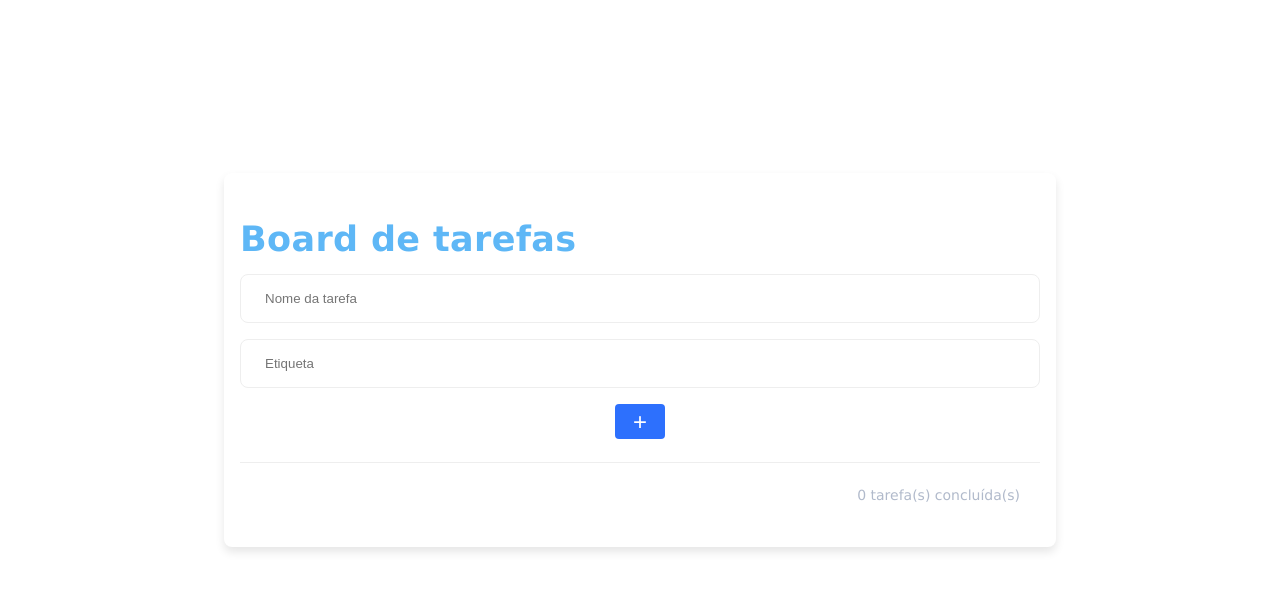
Repository: elasoares/RID187500_Desafio3
Page: index.html
These files come from the project's save history. The page is drawn as it stood at one moment and after the next save; the edit follows.
The browser window is 1280 px wide. The pictures show the whole page.

Above is the page before, as saved 2024-12-03 19:40:36.

### index.html
<!DOCTYPE html>
<html lang="pt">
<head>
    <meta charset="UTF-8">
    <meta name="viewport" content="width=device-width, initial-scale=1.0">
    <title>To-Do</title>
    <link rel="stylesheet" href="style.css">
<body>
    <main>
        <header>
            <h1>Board de tarefas</h1>
        </header>
        <section id="create-todo-section">
            <form id="create-todo-form">
                <input
                type="text"
                id="descricao"
                name="descricao"
                placeholder="Nome da tarefa"
                aria-label="Nome da tarefa"
                class="input-nome-tarefa"
            />
            <input
                type="text"
                id="etiqueta"
                name="etiqueta"
                placeholder="Etiqueta"
                aria-label="Etiqueta"
                class="input-etiqueta"
            />
            <div class="container-btn">
                <button type="submit" aria-label="Cadastrar tarefa" class="add-tarefa-btn">+</button>
            </div>
            </form>
        </section>
        <section class="todo-list-section">
            <ul id="todo-list">
            </ul>
        </section>
        <footer id="todo-footer">

        </footer>
    </main>
    <script src="js.js"></script>
</body>
</html>

### style.css
html {
    width: 100%;
    height: auto;

    box-sizing: border-box;
    font-size: 10px;
    font-family: 'Lucida Sans Regular', 'Lucida Grande', 'Lucida Sans Unicode';
}

body {
    width: 100%;
    height: 100vh;
    margin: 0;
    padding: 0;
    display: flex;
    justify-content: center;
    align-items: center;
}

header{
    width: 100%;
}

    h1 {
    font-family: 'Lucida Sans Regular', 'Lucida Grande', 'Lucida Sans Unicode';
    font-size: 32px;
    font-weight: 600;
    line-height: 37.92px;
    letter-spacing: 0.01em;
    text-align: left;
    text-underline-position: from-font;
    text-decoration-skip-ink: none;
    color: #000;
}

main {
    width: 100%;
    height: auto;
    max-width: 42rem;
    background-color: #fff;
    border-radius: 0.8rem;
    padding: 3rem 2.4rem;
    box-shadow: 0 0.5rem 1rem rgba(0, 0, 0, 0.1);
    display: flex;
    justify-content: flex-start;
    align-items: center;
    flex-direction: column;

}


.todo-list-section {
    display: flex;
    flex-direction: column;
    align-items: center;
    justify-content: center;
    width: 100%;
    height: auto;
    gap: 8px;
}

.todo-list-section ul {
    padding-inline-start: 0;
    height: 20rem;
    overflow: auto;
    width: 100%;
    display: flex;
    flex-direction: column;
    align-items: center;
    justify-content: center;
    height: auto;
    gap: 8px;
}

.todo-list-section ul li {
    width: 80%;
    height: 120px;
    padding: 24px 32px 24px 32px;
    margin-top: 5px;
    border-radius: 16px;
    border: 1px solid #EEEEEE;
    list-style: none;
    display: flex;
    flex-direction: column;
    align-items: flex-start;
    justify-content: center;
    gap: 16px;
}

.todo-list-section ul li:last-child {
    margin-bottom: 0;
}



.complete-task-btn {
    background: #2D70FD;
    width: 121px;
    height:44px;
    padding: 12px 24px 12px 24px;
    gap: 8px;
    border-radius: 4px;
    border: 1px solid #2D70FD;
    color: #fff;
    font-family: 'Lucida Sans Regular', 'Lucida Grande', 'Lucida Sans Unicode';
    font-size: 18px;
    font-weight: 500;
    text-align: center;
    align-self: center;
}




#create-todo-section {
    width: 100%;
    height: 150px;
    display: flex;
    flex-direction: column;
    align-items: flex-start;
    justify-content: center;
}

#create-todo-form {
    font-size: 1.6rem;
    display: flex;
    flex-direction: column;
    width: 100%;
    gap: 16px;
}
input{
    width: Fill (311px)px;
    height: Fixed (50px)px;
    padding: 16px 24px 16px 24px;
    gap: 10px;
    border-radius: 8px;
    border: 1px solid #EEEEEE

}

input:focus {
    border: 1px solid #5eb7f6;
}



.container-btn{
    display: flex;
    align-items: center;
    justify-content: center;
    width: 100%;
}

.add-tarefa-btn {
    width: 100%;
    height: 4rem;
    color: #fff;
    background-color: #2D70FD;
    border-radius: 4px;
    font-size: 2.4rem;
    cursor: pointer;
    border: none;
}

.add-tarefa-btn:hover {
    opacity: 0.8;
}


.task-details{
    display: flex;
    align-items: flex-start;
    justify-content: center;
    flex-direction: column;
    gap: 5px;
}

.task-text{
    font-family: 'Lucida Sans Regular', 'Lucida Grande', 'Lucida Sans Unicode';
    font-size: 1.5rem;
    font-weight: 500;
    line-height: 17.6px;
    letter-spacing: 0.01em;
    text-underline-position: from-font;
    text-decoration-skip-ink: none;

}

.todo-item.completed .task-text {
    text-decoration: line-through;
    color: #bbbbbb;
    font-family: 'Lucida Sans Regular', 'Lucida Grande', 'Lucida Sans Unicode';
    font-size: 1.5rem;
    font-weight: 500;
    line-height: 17.6px;
    letter-spacing: 0.01em;
    text-decoration-line: line-through;
    text-underline-position: from-font;
    text-decoration-skip-ink: none;

}

.todo-item.completed .task-completed-icon {
    font-size: 1.6rem;
    color: #fff;
    align-self: center;
    width: 32px;
    height: 32px;
    border-radius: 32px;
    background: #00D8A7;
    display: flex;
    align-items: center;
    justify-content: center;
}

.task-label {
    width: 67px;
    height: 21px;
    border-radius: 16px;
    border: 1px 0px 0px 0px;
    background: #FFFFFF;
    font-size: 1.2rem;
    border: 1px solid #b2bec3;
    display: flex;
    align-items: center;
    justify-content: center;
    color: #b2bec3;
}

.task-date {
    font-size: 1.2rem;
    color: #b2bec3;
    margin-top: 0.4rem;
}


#todo-footer {
    width: 95%;
    display: flex;
    justify-content: flex-end;
    font-size: 1.6rem;
    align-items: flex-end;
    height: 20px;
    font-size: 1.4rem;
    color: #B1BACB;
    border-top:1px solid #EEEEEE;
    margin-top: 10px;
    padding: 20px;
}

@media (min-width: 768px) {
    main {
        max-width: 50rem;
        padding: 2.4rem 1.6rem;
    }

    h1 {
        color: #da5c3e;
    }

    .todo-list-section ul li {
        font-size: 1.5rem;
    }

    .add-tarefa-btn {
        width: 5rem;
        height: 3.5rem;
    }

    #nome-tarefa {
        font-size: 1.5rem;
    }
    .remove-done-task-btn {
        font-size: 1.5rem;
        padding: 0 1rem;
    }
}

@media (min-width: 980px) {
    main {
        max-width: 80rem;
        padding: 2.4rem 1.6rem;
    }
    h1 {
        font-size: 3.5rem;
        color: #5eb7f6;
    }

    .remove-done-task-btn {
        font-size: 1.8rem;
        padding: 0 1rem;
    }
}

### js.js
const createTaskListItem = (tarefa) => {
    const lista = document.getElementById("todo-list");

    const toDo = document.createElement('li');
    toDo.className = `todo-item ${tarefa.checado ? 'completed' : ''}`;
    toDo.id = tarefa.id;

    // Criar o conteúdo da tarefa
    const taskDetails = document.createElement('span');
    taskDetails.className = 'task-details';
    taskDetails.innerHTML = `
        <span class="task-text ${tarefa.checado ? 'completed-text' : ''}">${tarefa.descricao}</span>
        <span class="task-label">${tarefa.etiqueta}</span>
        <span class="task-date">Criado em: ${tarefa.data}</span>

    `;


    if (!tarefa.checado) {
        const completeButton = document.createElement('button');
        completeButton.textContent = 'Concluir';
        completeButton.className = 'complete-task-btn';
        completeButton.onclick = () => markTaskAsCompleted(tarefa.id);

        toDo.appendChild(taskDetails);
        toDo.appendChild(completeButton);
    } else {
        const completedIcon = document.createElement('span');
        completedIcon.textContent = '✔';
        completedIcon.className = 'task-completed-icon';

        toDo.appendChild(taskDetails);
        toDo.appendChild(completedIcon);
    }

    lista.appendChild(toDo);
};

const markTaskAsCompleted = (taskId) => {
    const tarefas = getTasksFromLocalStorage();
    const updatedTasks = tarefas.map((task) => {
        if (task.id === taskId) {
            task.checado = true;
        }
        return task;
    });

    setTaskInLocalStorage(updatedTasks);


    const taskElement = document.getElementById(taskId);
    if (taskElement) {
        taskElement.remove();
    }
    const tarefa = updatedTasks.find((task) => task.id === taskId);
    createTaskListItem(tarefa);

    renderTaskProgressData(updatedTasks);
};

const getTasksFromLocalStorage = () => {
    const localTasks = JSON.parse(window.localStorage.getItem('tasks'));
    return localTasks ? localTasks : [];
};

const setTaskInLocalStorage = (tarefas) => {
    window.localStorage.setItem('tasks', JSON.stringify(tarefas));
};

const renderTaskProgressData = (tasks) => {
    const tasksProgress = document.getElementById('tasks-progress') || document.createElement('span');
    tasksProgress.id = 'tasks-progress';

    const doneTasks = tasks.filter(({ checado }) => checado).length;
    const totalTasks = tasks.length;

    tasksProgress.textContent = `${doneTasks} tarefa(s) concluída(s)`;
    document.getElementById('todo-footer').appendChild(tasksProgress);
};

const createTask = (event) => {
    event.preventDefault();

    const descricao = event.target.elements.descricao.value;
    const etiqueta = event.target.elements.etiqueta.value;
    const id = new Date().getTime();
    const data = new Date().toLocaleDateString();
    const checado = false;

    const newTask = { id, descricao, etiqueta, data, checado };

    const tarefas = getTasksFromLocalStorage();
    const updatedTasks = [...tarefas, newTask];
    setTaskInLocalStorage(updatedTasks);

    createTaskListItem(newTask);
    event.target.reset(); // Limpar o formulário
    renderTaskProgressData(updatedTasks);
};

window.onload = () => {
    const form = document.getElementById('create-todo-form');
    form.addEventListener('submit', createTask);

    const tarefas = getTasksFromLocalStorage();
    tarefas.forEach((tarefa) => createTaskListItem(tarefa));
    renderTaskProgressData(tarefas);
};

After the next save:
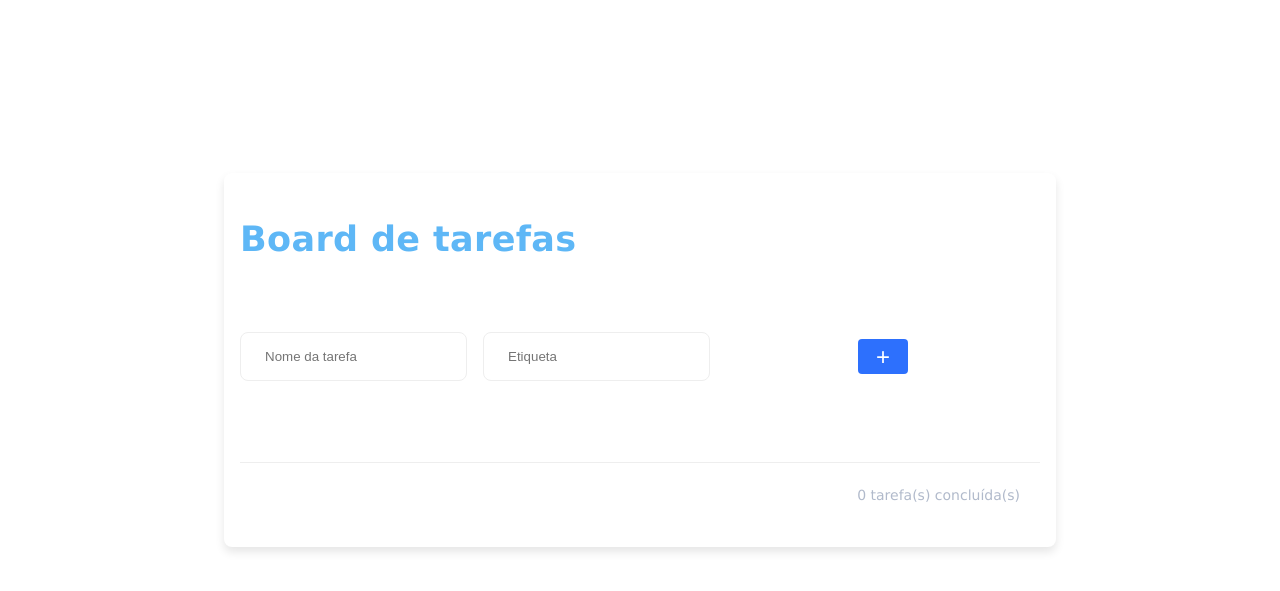
Saved 47 s later.
--- a/style.css
+++ b/style.css
@@ -253,9 +253,8 @@ input:focus {
         max-width: 50rem;
         padding: 2.4rem 1.6rem;
     }
-
-    h1 {
-        color: #da5c3e;
+    #create-todo-form{
+        flex-direction: row;
     }
 
     .todo-list-section ul li {
